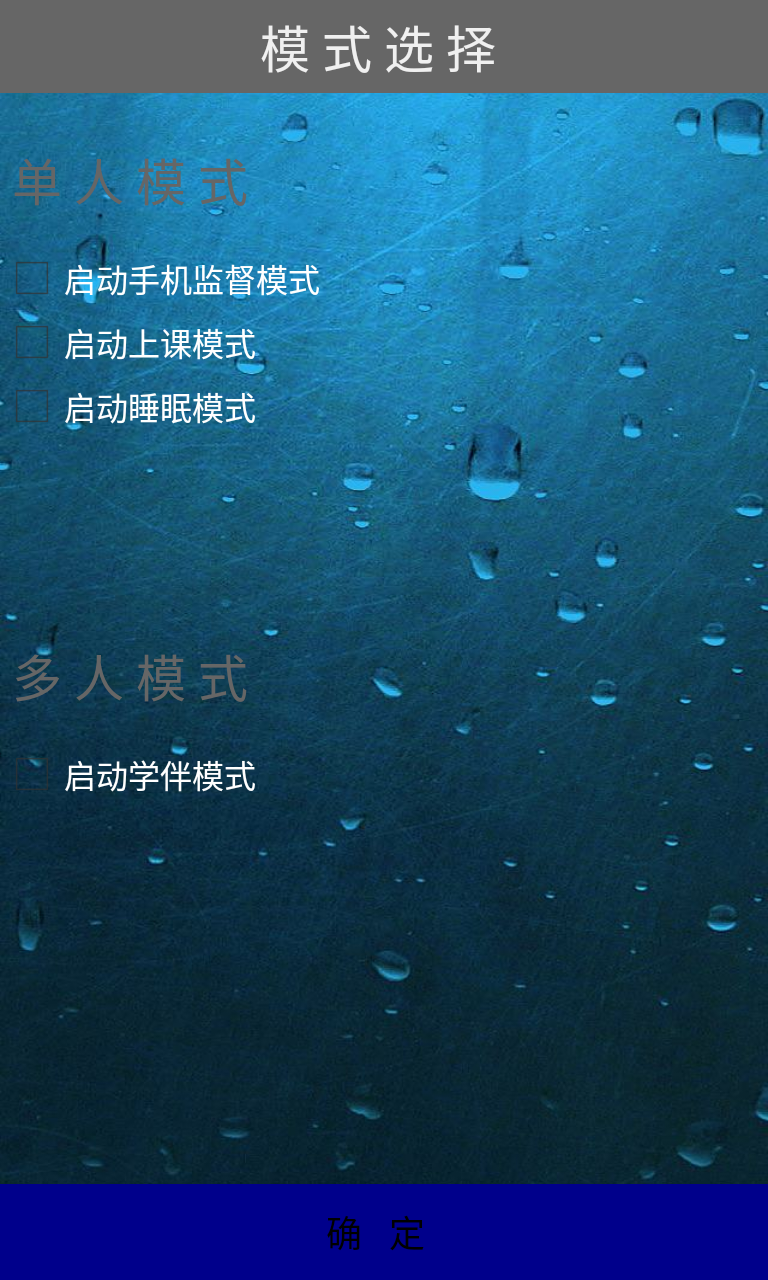
Repository: 17390089054/android
Layout: learning/res/layout/activity_second.xml
The author's editor kept a copy of each file at every save. The layout is drawn from the files as they stood at one save, then again after the next save.
It is drawn on a 768 x 1280 px phone screen (xhdpi) without system bars, with theme AppTheme; the app's code is not run.

Above is the layout before, as saved 2018-05-01 14:17:17.

### learning/res/layout/activity_second.xml
<?xml version="1.0" encoding="utf-8"?>
<LinearLayout xmlns:android="http://schemas.android.com/apk/res/android"
    android:layout_width="match_parent"
    android:layout_height="match_parent"
    android:background="@drawable/bg2"
    android:orientation="vertical" >

    <TextView
        android:id="@+id/tv"
        android:layout_width="match_parent"
        android:layout_height="wrap_content"
        android:background="#666"
        android:gravity="center"
        android:padding="5dp"
        android:text=" 模 式 选 择  "
        android:textColor="#f0f0f0"
        android:textSize="25sp" />

    <LinearLayout
        android:layout_width="match_parent"
        android:layout_height="match_parent"
        android:layout_weight="1"
        android:orientation="vertical" >

        <TextView
            android:layout_width="match_parent"
            android:layout_height="wrap_content"
            android:layout_marginTop="25dp"
            android:text=" 单 人 模 式 "
            android:textColor="#666"
            android:textSize="25sp" />

        <CheckBox
            android:layout_width="wrap_content"
            android:layout_height="wrap_content"
            android:layout_marginTop="15dp"
             android:textColor="#fff"
            android:text="启动手机监督模式" />

        <CheckBox
            android:layout_width="wrap_content"
            android:layout_height="wrap_content"
             android:textColor="#fff"
            android:text="启动上课模式" />

        <CheckBox
            android:layout_width="wrap_content"
            android:layout_height="wrap_content"
            android:textColor="#fff"
            android:text="启动睡眠模式" />
    </LinearLayout>

    <LinearLayout
        android:layout_width="match_parent"
        android:layout_height="match_parent"
        android:layout_weight="1"
        android:orientation="vertical" >

        <TextView
            android:layout_width="wrap_content"
            android:layout_height="wrap_content"
            android:text=" 多 人 模 式 "
            android:textColor="#666"
            android:textSize="25sp" />

        <CheckBox
            android:layout_width="wrap_content"
            android:layout_height="wrap_content"
            android:layout_marginTop="15dp"
            android:textColor="#fff"
            android:text="启动学伴模式" />
    </LinearLayout>
	<Button
	    android:layout_width="match_parent"
	    android:layout_height="wrap_content"
	    android:padding="2dp"
	    android:background="#00008b"
	    android:text=" 确   定   "
	    />
</LinearLayout>

Loaded but not shown: learning/res/values/styles.xml (common file); learning/res/values-v11/styles.xml (common file); learning/res/values-v14/styles.xml (common file)

After the next save:
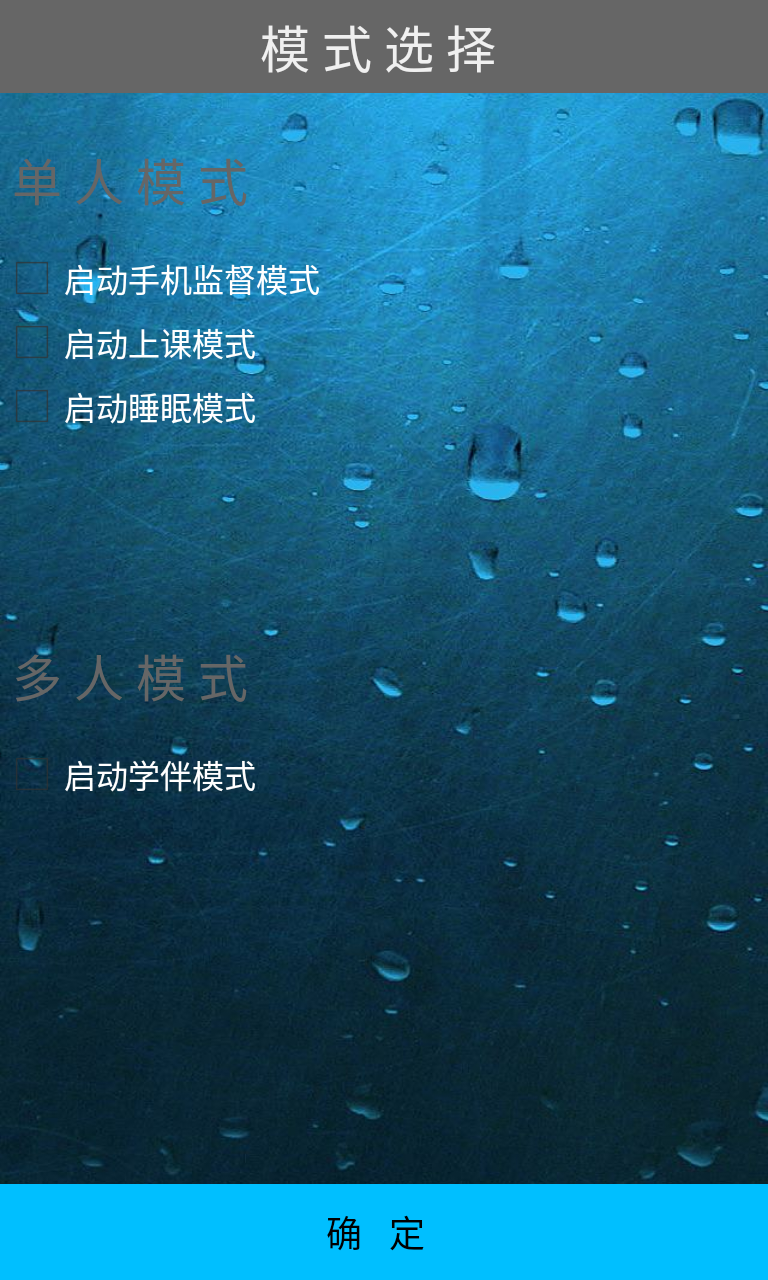
Saved 24 s later.
--- a/learning/res/layout/activity_second.xml
+++ b/learning/res/layout/activity_second.xml
@@ -74,7 +74,7 @@
 	    android:layout_width="match_parent"
 	    android:layout_height="wrap_content"
 	    android:padding="2dp"
-	    android:background="#00008b"
+	    android:background="#00bfff"
 	    android:text=" 确   定   "
 	    />
 </LinearLayout>
